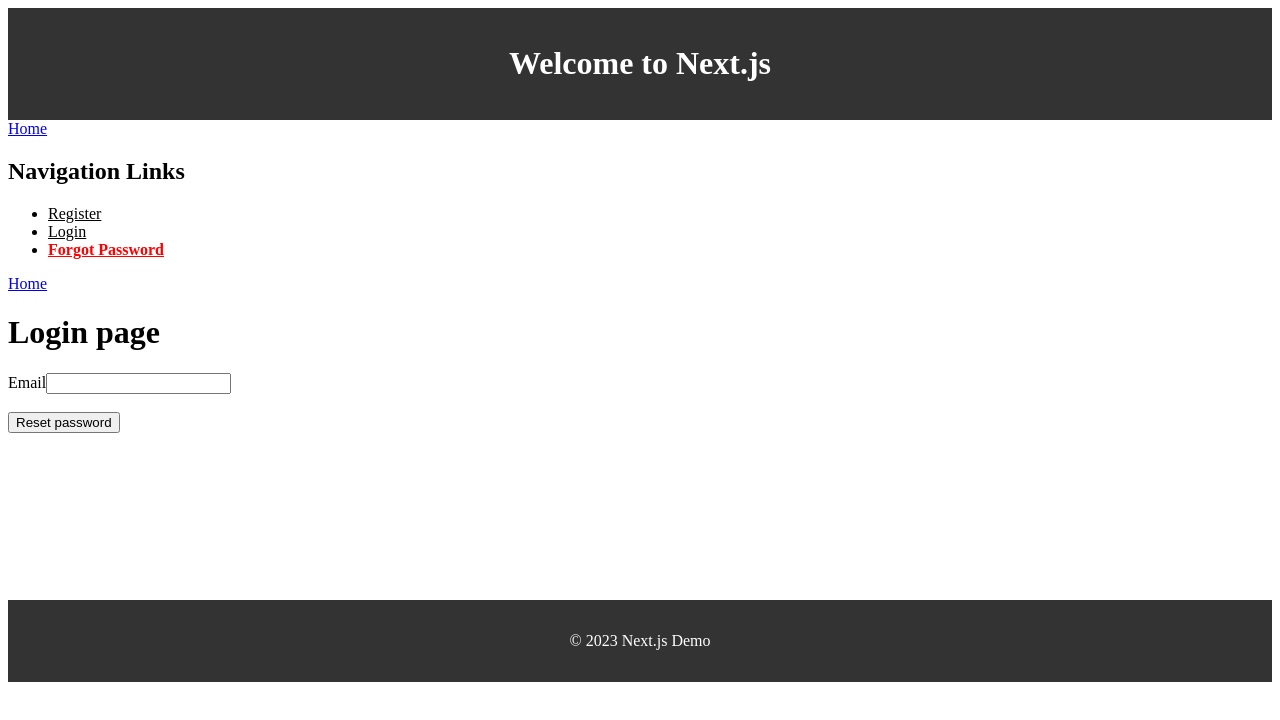
Repository: JasonMorta/NextJs-13_Basics
Page: /forgot-password (app in NEXTJS15/next13-demo/)
These files come from the project's save history. The page is drawn as it stood at one moment and after the next save; the edit follows.
The browser window is 1280 px wide. The pictures show the whole page.
The project was rebuilt for these pictures with package versions that can differ from the ones it lists, and the page was loaded fresh each time. The framework's server and built-in components were replaced by stand-ins that run in the browser. Also part of the build but not shown: NEXTJS15/next13-demo/next.config.ts.

Above is the page before, as saved 2025-02-28 14:09:36.

After the next save:
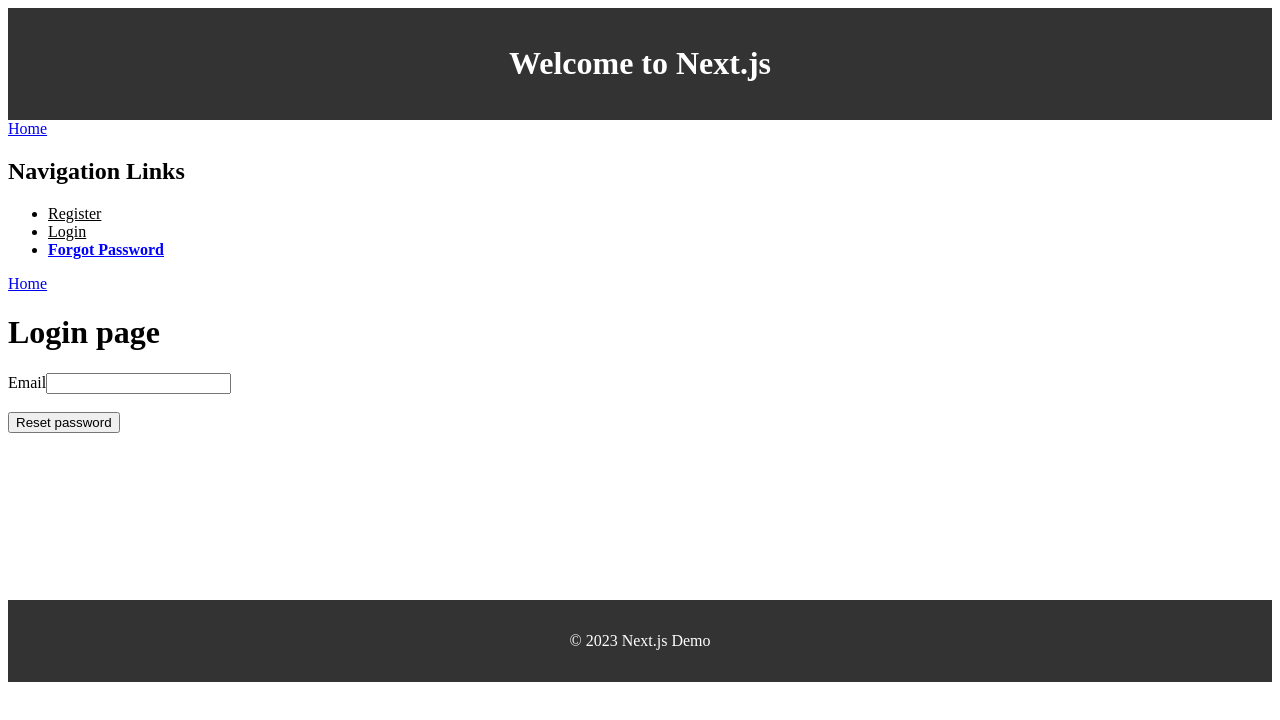
Saved 8 s later.
--- a/NEXTJS15/next13-demo/src/app/(auth)/layout.tsx
+++ b/NEXTJS15/next13-demo/src/app/(auth)/layout.tsx
@@ -24,7 +24,7 @@
             <Link
               style={{
                 fontWeight: isActive ? `bold` : `normal`,
-                color: isActive ? `red` : `black`
+                color: isActive ? `blue` : `black`
               }}
               href={link.href}>
               {link.name}
